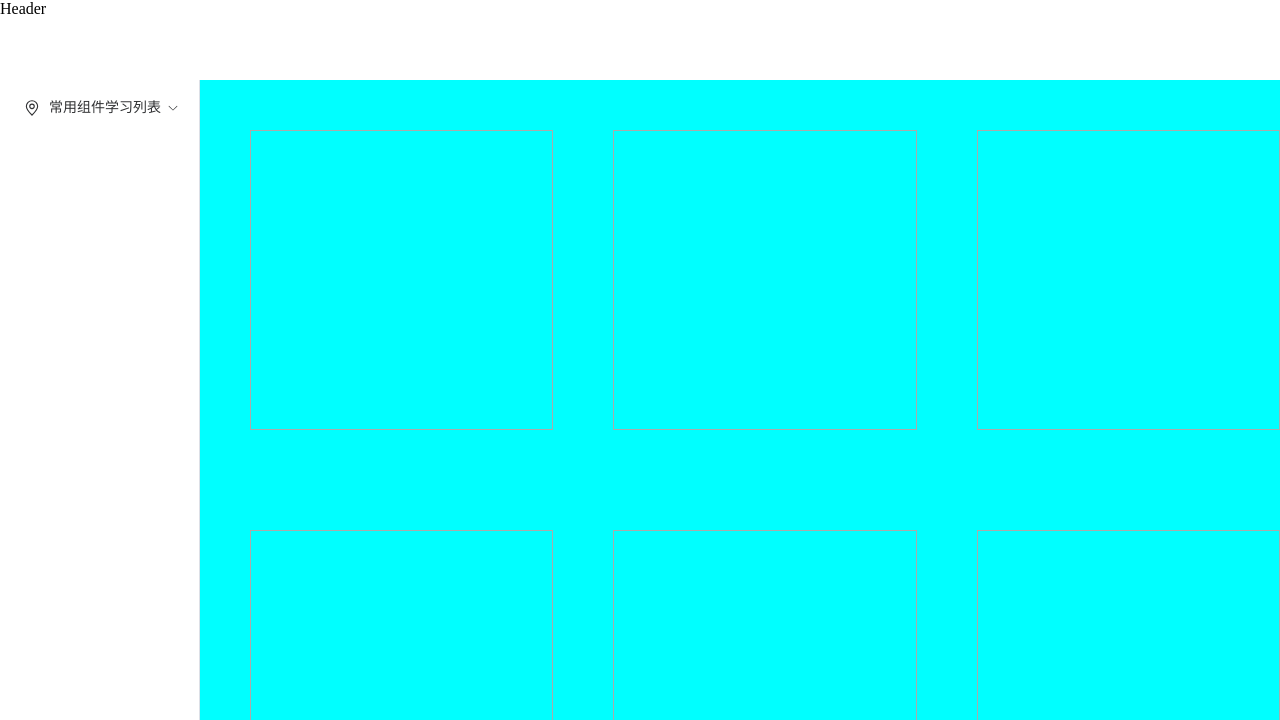
Repository: 553559555/vue3-project
Page: /#/index (app in vue3-app/)
The author's editor kept a copy of each file at every save. The page is drawn from the files as they stood at one save, then again after the next save.
The browser window is 1280 px wide. The pictures show the whole page.
An inner scrolling area shows only its first screen. The project was rebuilt for these pictures with package versions that can differ from the ones it lists, and the page was loaded fresh each time. Also part of the build but not shown: vue3-app/vite.config.ts.

Above is the page before, as saved 2025-03-24 10:59:00.

### vue3-app/src/main.ts
import { createApp } from 'vue'
import ElementPlus from 'element-plus'
import 'element-plus/dist/index.css'
import router from './router'
import pinia from './stores'
import './style.css'
import App from './App.vue'

const app = createApp(App)
app.use(ElementPlus)
app.use(router)
app.use(pinia)

app.mount('#app')

### vue3-app/src/router/index.ts
import { createRouter, createWebHashHistory, createWebHistory } from 'vue-router'
import type { RouteRecordRaw } from 'vue-router'

const routes: Array<RouteRecordRaw> = [
  {
    path: '/',
    name: 'Login',
    component: () => import('../views/login.vue')
  },
  {
    path: '/index',
    name: 'index',
    component: () => import('../views/index.vue'),
    children: [
      {
        path: '',
        name: 'Home',
        component: () => import('../views/Home.vue')
      },
      {
        path: '/about',
        name: 'About',
        component: () => import('../views/About.vue')
      }
    ]
  }

]

const router = createRouter({
  history: createWebHashHistory(),
  routes
})

export default router

### vue3-app/src/stores/index.ts
import { createPinia } from 'pinia'

const pinia = createPinia()

export default pinia

### vue3-app/src/style.css
/* CSS 重置 */
* {
  margin: 0;
  padding: 0;
  box-sizing: border-box;
}

### vue3-app/src/App.vue
<script setup lang="ts">
import { RouterView } from 'vue-router'
</script>

<template>
    <router-view />
</template>

### vue3-app/src/views/index.vue
<template>
    <div>
        <el-header>Header</el-header>
        <el-container>
            <el-aside width="200px">
                <home-left />
            </el-aside>
            <el-main>
                <router-view>
                </router-view>
            </el-main>
        </el-container>
    </div>
</template>

<script setup>

import { RouterView } from 'vue-router'
import HomeLeft from './components/home-left.vue'

</script>



<style scoped lang="scss">
div {
    width: 100vw;
    height: 100vh;
    box-sizing: border-box;

    .el-header {
        height: 80px;
        padding: 0;
    }


    .el-container {
        height: calc(100vh - 80px);
    }

    .el-main {
        margin: 0px;
        padding: 0px;
        width: 100%;
        height: 100%;
    }
}
</style>

### vue3-app/src/views/Home.vue
<template>
  <div class="home-container">
    <el-row class="row">
      <el-col :span="7">
        <div class="grid-content ep-bg-purple-dark" />
      </el-col>
      <el-col :span="7">
        <div class="grid-content ep-bg-purple-dark" />
      </el-col>
      <el-col :span="7">
        <div class="grid-content ep-bg-purple-dark" />
      </el-col>
    </el-row>

    <el-row class="row">
      <el-col :span="7">
        <div class="grid-content ep-bg-purple-dark" />
      </el-col>
      <el-col :span="7">
        <div class="grid-content ep-bg-purple-dark" />
      </el-col>
      <el-col :span="7">
        <div class="grid-content ep-bg-purple-dark" />
      </el-col>
    </el-row>

  </div>
</template>

<script lang="ts" setup>

</script>

<style scoped lang="scss">
.home-container {
  width: 100%;
  height: 100%;
  background-color: aqua;
  box-sizing: border-box;

  .row {
    padding: 20px;
    height: 400px;
    flex-wrap: nowrap;
    box-sizing: border-box;

    .el-col {
      margin: 30px;
      border: solid 1px #aaa;
    }
  }
}
</style>

### vue3-app/src/views/components/home-left.vue
<template>
    <div class="home-left-container">
        <el-menu default-active="2" class="el-menu-vertical-demo" @open="handleOpen" @close="handleClose"
            @select="handleSelect">
            <el-sub-menu v-for="(items, index) in listData" :index="items.name" :key="index">
                <template #title>
                    <el-icon>
                        <location />
                    </el-icon>
                    <span>{{ items.name }}</span>
                </template>
                <el-menu-item v-for="(item, index) in items.children" :index="item.name" :key="index">
                    <el-icon>
                        <location />
                    </el-icon>
                    <span>{{ item.name }}</span>
                </el-menu-item>
            </el-sub-menu>
        </el-menu>
    </div>
</template>

<script setup>
import { Location } from "@element-plus/icons-vue";

import { reactive, ref } from "vue";
const listData = reactive([
    {
        name: "常用组件学习列表",
        children: [
            {
                name: 'button'
            },
            {
                name: 'input'
            }
        ],
    },
]);
const isCollapse = ref(true);
const handleOpen = (key, keyPath) => {
    console.log(key, keyPath);
};
const handleClose = (key, keyPath) => {
    console.log(key, keyPath);
};

const handleSelect = (key, keyPath) => {
    console.log(key, keyPath);
};
</script>

<style scoped lang="scss">
.home-left-container {
    height: 100%;
    width: 100%;
    background-color: #fff;

    .el-menu-vertical-demo:not(.el-menu--collapse) {
        width: 200px;
        min-height: 100%;
    }
}
</style>

Loaded but not shown: vue3-app/index.html (common file)

After the next save:
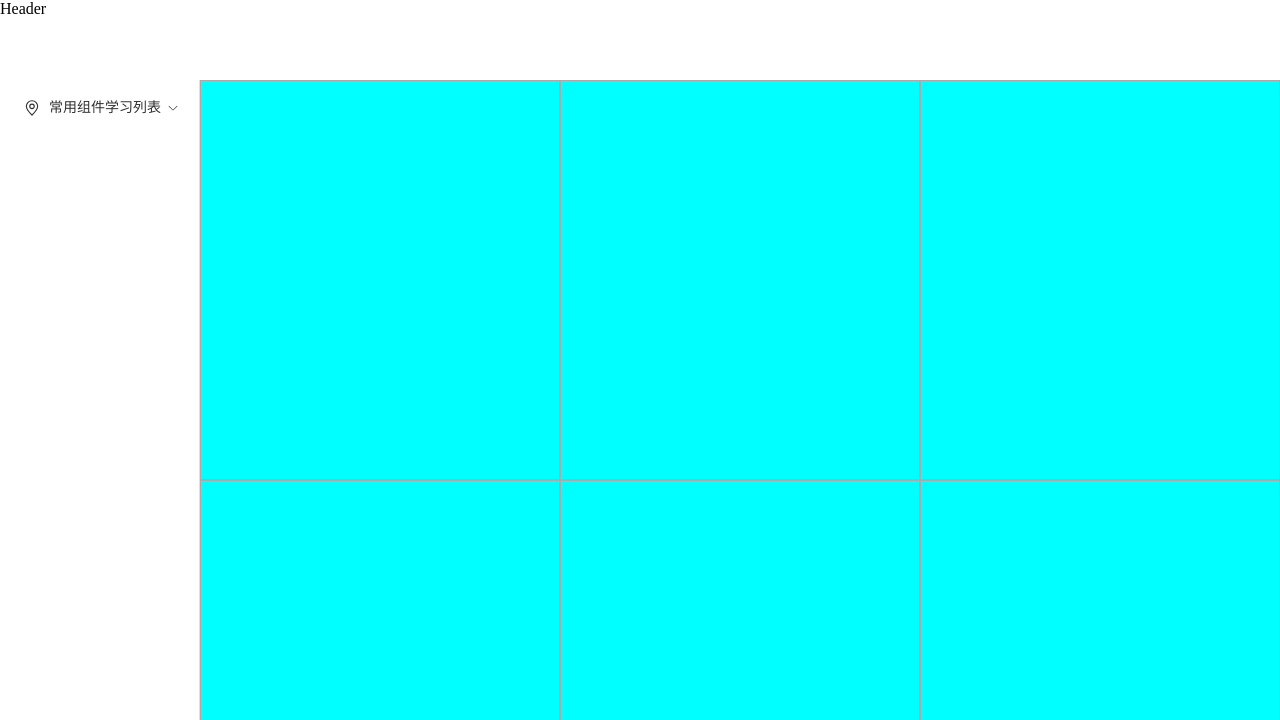
Saved 21 s later.
--- a/vue3-app/src/views/Home.vue
+++ b/vue3-app/src/views/Home.vue
@@ -1,25 +1,25 @@
 <template>
   <div class="home-container">
     <el-row class="row">
-      <el-col :span="7">
+      <el-col :span="8">
         <div class="grid-content ep-bg-purple-dark" />
       </el-col>
-      <el-col :span="7">
+      <el-col :span="8">
         <div class="grid-content ep-bg-purple-dark" />
       </el-col>
-      <el-col :span="7">
+      <el-col :span="8">
         <div class="grid-content ep-bg-purple-dark" />
       </el-col>
     </el-row>
 
     <el-row class="row">
-      <el-col :span="7">
+      <el-col :span="8">
         <div class="grid-content ep-bg-purple-dark" />
       </el-col>
-      <el-col :span="7">
+      <el-col :span="8">
         <div class="grid-content ep-bg-purple-dark" />
       </el-col>
-      <el-col :span="7">
+      <el-col :span="8">
         <div class="grid-content ep-bg-purple-dark" />
       </el-col>
     </el-row>
@@ -36,16 +36,11 @@
   width: 100%;
   height: 100%;
   background-color: aqua;
-  box-sizing: border-box;
 
   .row {
-    padding: 20px;
     height: 400px;
-    flex-wrap: nowrap;
-    box-sizing: border-box;
 
     .el-col {
-      margin: 30px;
       border: solid 1px #aaa;
     }
   }
